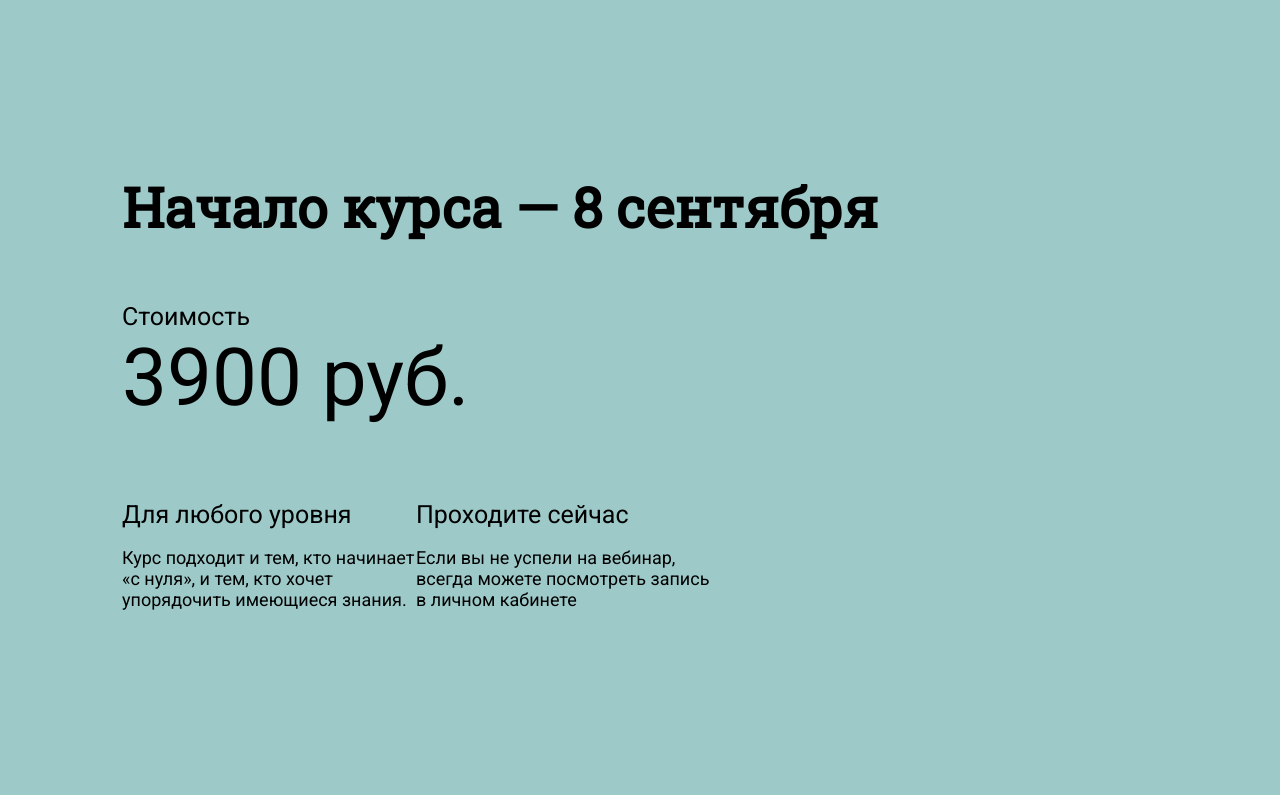
Repository: NatiqSamiyev/fiqma-task3
Page: index.html
The author's editor kept a copy of each file at every save. The page is drawn from the files as they stood at one save, then again after the next save.
The browser window is 1280 px wide. The pictures show the whole page.

Above is the page before, as saved 2023-08-09 13:24:42.

### index.html
<!DOCTYPE html>
<html lang="en">
  <head>
    <meta charset="UTF-8" />
    <meta name="viewport" content="width=device-width, initial-scale=1.0" />
    <link rel="stylesheet" href="index.css" />
    <title>Document</title>
  </head>
  <body>
    <div class="container">
      <h1>Начало курса — 8 сентября</h1>
      <h2>Стоимость</h2>
      <h3>3900 руб.</h3>
      <ul>
        <li>
          <h4>Для любого уровня</h4>
          <p>
            Курс подходит и тем, кто начинает «с нуля», и тем, кто хочет
            упорядочить имеющиеся знания.
          </p>
        </li>

        <li>
          <h4>Проходите сейчас</h4>
          <p>
            Если вы не успели на вебинар, всегда можете посмотреть запись в
            личном кабинете
          </p>
        </li>
      </ul>

    </div>
  </body>
</html>

### index.css
@import url("https://fonts.googleapis.com/css2?family=Roboto+Slab&family=Roboto:wght@400;700&display=swap");
* {
  margin: 0;
  padding: 0;
  box-sizing: border-box;
}

.container {
  width: 100%;
  min-height: 100vh;
  padding: 179px 0 185px 122px;
  background: #9dc9c8;
}

.container h1 {
  margin-bottom: 69px;
  color: #000;
  font-family: Roboto Slab;
  font-size: 55px;
  font-style: normal;
  font-weight: 700;
  line-height: 101.385%;
}

.container h2 {
  margin-bottom: 9px;
  color: #000;
  font-family: Roboto;
  font-size: 25px;
  font-style: normal;
  font-weight: 400;
  line-height: 101.385%;
}

.container h3 {
  color: #000;
  font-family: Roboto;
  font-size: 80px;
  font-style: normal;
  font-weight: 400;
  line-height: 101.385%;
}

.container ul {
  margin-top: 83px;
  display: flex;
}

.container ul li {
  list-style-type: none;
}

.container h4 {
  margin-bottom: 20px;
  color: #000;
  font-family: Roboto;
  font-size: 25px;
  font-style: normal;
  font-weight: 400;
  line-height: 101.385%;
}

.container p {
  width: 294px;
  font-family: Roboto;
  font-size: 18px;
  font-style: normal;
  font-weight: 400;
}

After the next save:
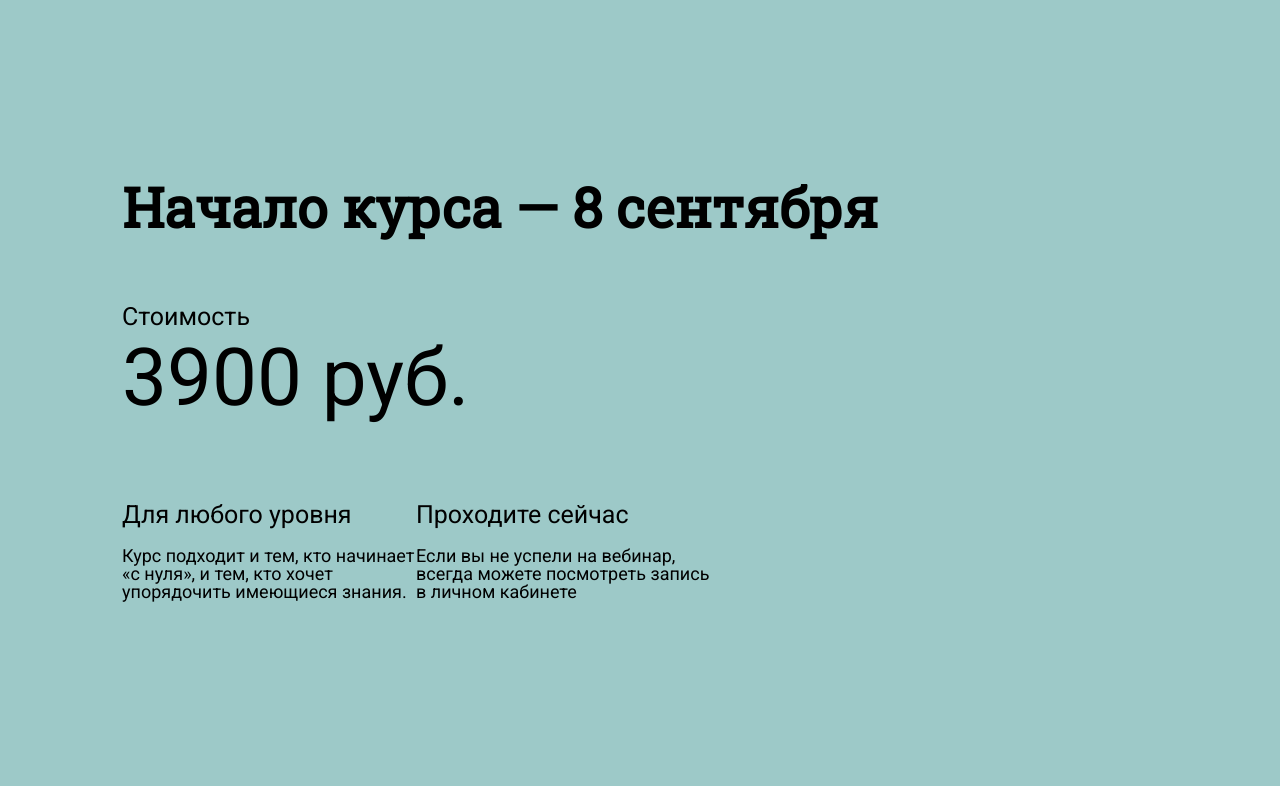
Saved 13 s later.
--- a/index.css
+++ b/index.css
@@ -66,4 +66,13 @@
   font-size: 18px;
   font-style: normal;
   font-weight: 400;
+
+
+
+  color: #000;
+font-family: Roboto;
+font-size: 18px;
+font-style: normal;
+font-weight: 400;
+line-height: 101.385%; /* 18.249px */
 }
